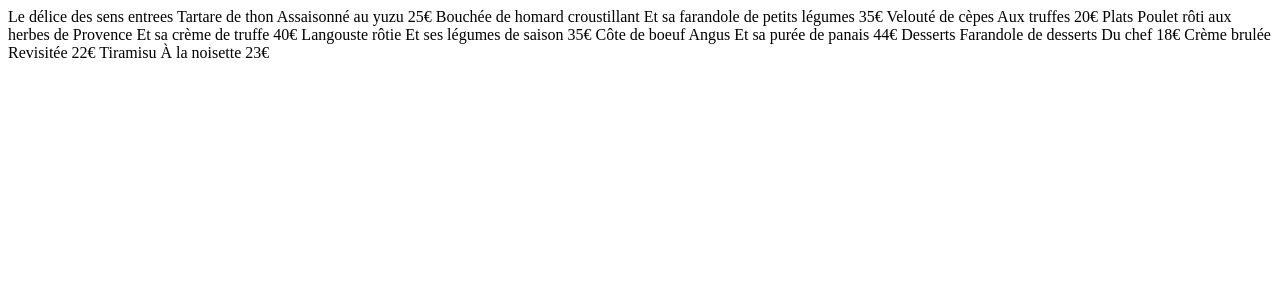
Repository: lysianebo/OHMYFOOD
Page: La_note_enchantée.html
These files come from the project's save history. The page is drawn as it stood at one moment and after the next save; the edit follows.
The browser window is 1280 px wide. The pictures show the whole page.

Above is the page before, as saved 2022-10-22 13:04:18.

### La_note_enchantée.html
<!DOCTYPE html>
<html lang="en">
<head>
    <meta charset="UTF-8">
    <meta http-equiv="X-UA-Compatible" content="IE=edge">
    <meta name="viewport" content="width=device-width, initial-scale=1.0">
    <title>Document</title>
</head>
<body>
    Le délice des sens

 entrees
Tartare de thon
Assaisonné au yuzu
25€

Bouchée de homard croustillant
Et sa farandole de petits légumes
35€

Velouté de cèpes
Aux truffes
20€

Plats
Poulet rôti aux herbes de Provence
Et sa crème de truffe
40€

Langouste rôtie
Et ses légumes de saison
35€

Côte de boeuf Angus
Et sa purée de panais
44€

Desserts
Farandole de desserts
Du chef
18€

Crème brulée
Revisitée
22€

Tiramisu
À la noisette
23€

</body>
</html>

After the next save:
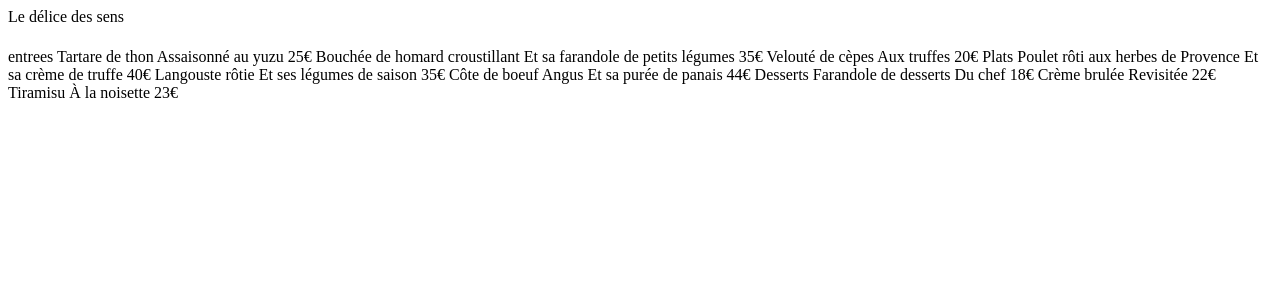
Saved 7 s later.
--- a/La_note_enchantée.html
+++ b/La_note_enchantée.html
@@ -9,7 +9,7 @@
 <body>
     Le délice des sens
 
- entrees
+ <h5></h5>entrees
 Tartare de thon
 Assaisonné au yuzu
 25€
